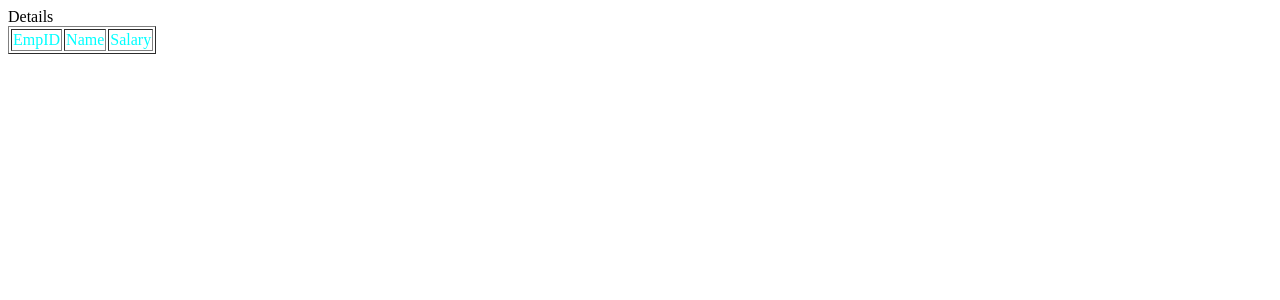
Repository: sakshipatil1305/Sak
Page: http://localhost/MyApp/showAll
The author's editor kept a copy of each file at every save. The page is drawn from the files as they stood at one save, then again after the next save.
The browser window is 1280 px wide. The pictures show the whole page.
The page is served by Tomcat 9. Other server files are loaded and not shown. Queries for data that is not in the repository find no rows.

Above is the page before, as saved 2018-08-20 04:55:47.

### MyApp/WebContent/show.jsp
<%@page import="com.pojo.Employee"%>
<%@page import="java.util.List"%>
<%@ page language="java" contentType="text/html; charset=ISO-8859-1"
	pageEncoding="ISO-8859-1"%>
<!DOCTYPE html>
<html>
<head>
<meta charset="ISO-8859-1">
<title>Insert title here</title>
</head>
<body>

	<%
		List<Employee> list = (List<Employee>) request.getAttribute("employee");
	%>

	<table border="1" style="color: aqua;margin: 20 em;">
		<thead align="center">
			<%
				out.println("Details");
			%>
		</thead>
		<tr>

			<td>
				<%
					out.println("EmpID");
				%>
			</td>
			<td>
				<%
					out.println("Name");
				%>
			</td>
			<td>
				<%
					out.println("Salary");
				%>
			</td>
		</tr>
		<%
			for (Employee emp : list) {
		%>
		<tr>
			<td>
				<%
					out.println(emp.getEmpid());
				%>
			</td>
			<td>
				<%
					out.println(emp.getName());
				%>
			</td>
			<td><%=emp.getSalary()%></td>
		</tr>
		<%
			}
		%>
	</table>
</body>
</html>

### MyApp/src/com/servlets/FindAllEmployee.java
package com.servlets;

import java.io.IOException;
import java.util.List;

import javax.servlet.RequestDispatcher;
import javax.servlet.ServletException;
import javax.servlet.annotation.WebServlet;
import javax.servlet.http.HttpServlet;
import javax.servlet.http.HttpServletRequest;
import javax.servlet.http.HttpServletResponse;

import com.dao.EmployeeDAO;
import com.pojo.Employee;

/**
 * Servlet implementation class FindAllEmployee
 */
@WebServlet({ "/FindAllEmployee", "/showAll" })
public class FindAllEmployee extends HttpServlet {
	private static final long serialVersionUID = 1L;

    /**
     * @see HttpServlet#HttpServlet()
     */
    public FindAllEmployee() {
        super();
        // TODO Auto-generated constructor stub
    }

	/**
	 * @see HttpServlet#doGet(HttpServletRequest request, HttpServletResponse response)
	 */
	protected void doGet(HttpServletRequest request, HttpServletResponse response) throws ServletException, IOException {
		// TODO Auto-generated method stub
		response.getWriter().append("Served at: ").append(request.getContextPath());
	EmployeeDAO dao=new EmployeeDAO();
	List<Employee> list =dao.findAllEmployees();

	request.setAttribute("employee", list);
	RequestDispatcher dispatcher=request.getRequestDispatcher("show.jsp");
	dispatcher.forward(request, response);
	}

}

### MyApp/src/com/dao/EmployeeDAO.java
package com.dao;

import java.sql.Connection;
import java.sql.ResultSet;
import java.sql.SQLException;
import java.sql.Statement;
import java.util.ArrayList;
import java.util.List;

import com.connections.MyConnection;
import com.pojo.Employee;

public class EmployeeDAO {

	public List<Employee> findAllEmployees() {
		Connection com = MyConnection.getMyConnection();
		List<Employee> employee = new ArrayList<>();

		String SELECT_ALL = "select * from employee1";

		try {
			Statement st = com.createStatement();
			ResultSet set = st.executeQuery(SELECT_ALL);

			while (set.next()) {
				Employee emp = new Employee();
				emp.setEmpid(set.getInt(1));
				emp.setName(set.getString(2));
				emp.setSalary(set.getInt(3));
				employee.add(emp);

			}
		} catch (SQLException e) {
			// TODO Auto-generated catch block
			e.printStackTrace();
		}
		return employee;

	}
}

### MyApp/src/com/connections/MyConnection.java
package com.connections;

import java.sql.Connection;
import java.sql.DriverManager;
import java.sql.SQLException;
import java.sql.Statement;

public class MyConnection {

	private static Connection con;

	public static Connection getMyConnection() {
		try {
			Class.forName("com.microsoft.sqlserver.jdbc.SQLServerDriver");
			con = DriverManager.getConnection("jdbc:sqlserver://localhost:1433;databaseName=CITI", "sa", "sa123");
			System.out.println("Connection Successful");

		} catch (ClassNotFoundException | SQLException e) {
			// TODO Auto-generated catch block
			e.printStackTrace();
		}
		return con;

	}

	public static void closeMyConnection() {

		try {
			con.close();
		} catch (SQLException e) {
			// TODO Auto-generated catch block
			e.printStackTrace();
		}
	}
}

After the next save:
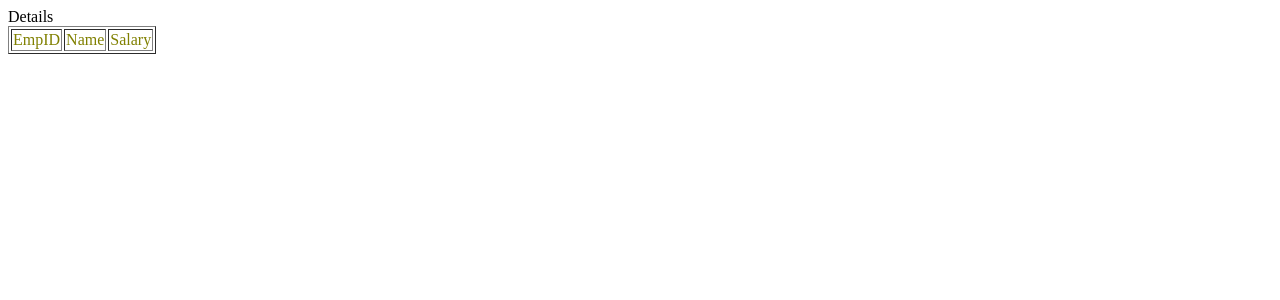
Saved 19 s later.
--- a/MyApp/WebContent/show.jsp
+++ b/MyApp/WebContent/show.jsp
@@ -14,7 +14,7 @@
 		List<Employee> list = (List<Employee>) request.getAttribute("employee");
 	%>
 
-	<table border="1" style="color: aqua;margin: 20 em;">
+	<table border="1" style="color: olive;;margin: 20 em;">
 		<thead align="center">
 			<%
 				out.println("Details");
